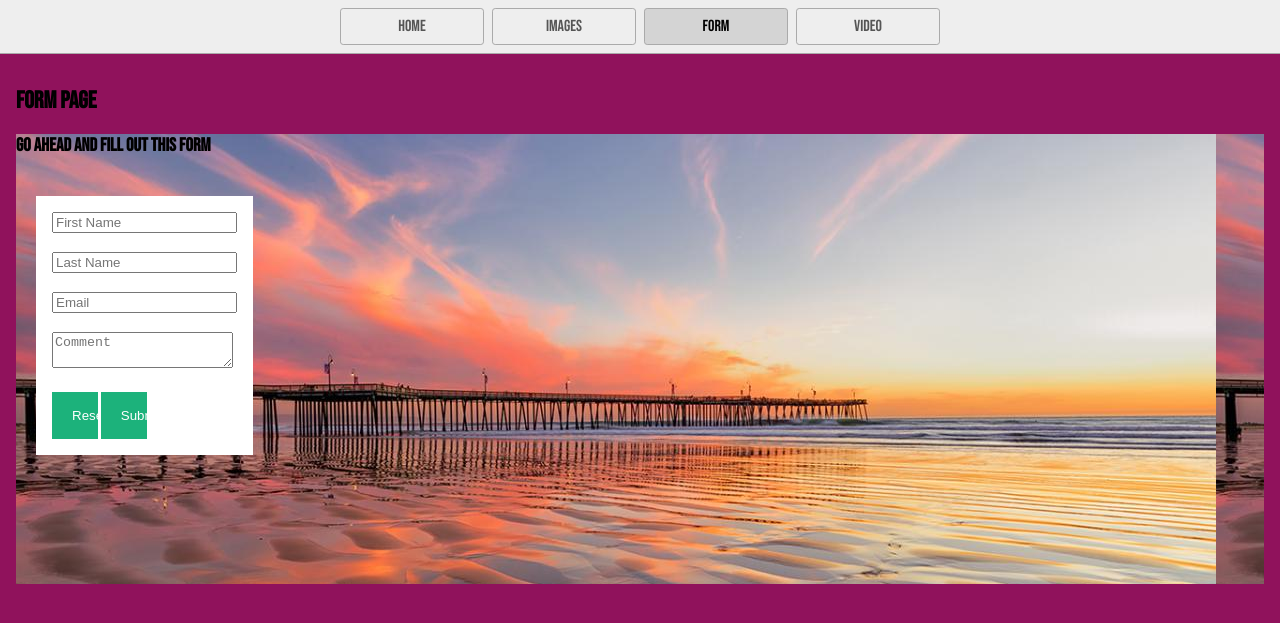
Repository: sebas6292/palmTree-Final
Page: Form.html
The author's editor kept a copy of each file at every save. The page is drawn from the files as they stood at one save, then again after the next save.
The browser window is 1280 px wide. The pictures show the whole page.

Above is the page before, as saved 2023-05-28 12:32:44.

After the next save:
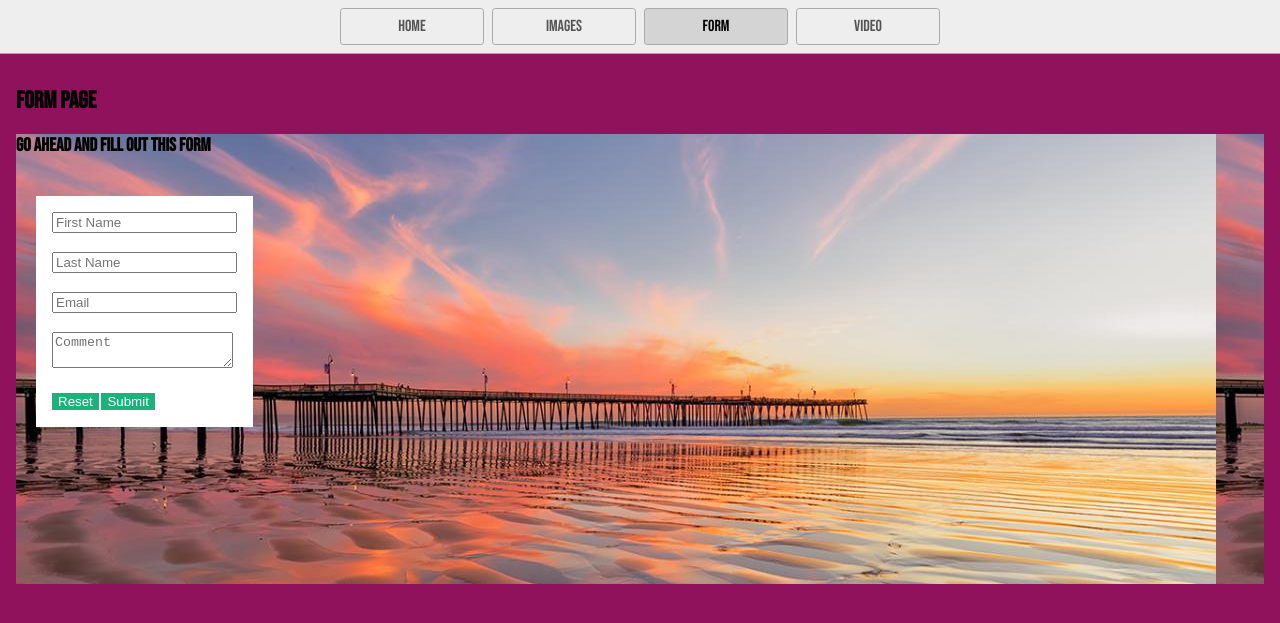
Saved 18 s later.
--- a/styles.css
+++ b/styles.css
@@ -78,10 +78,10 @@
   .btn {
     background-color: #04AA6D;
     color: white;
-    padding: 16px 20px;
+    /* padding: 16px 20px; */
     border: none;
     cursor: pointer;
-    width: 25%;
+    /* width: 25%; */
     opacity: 0.9;
   }
 
